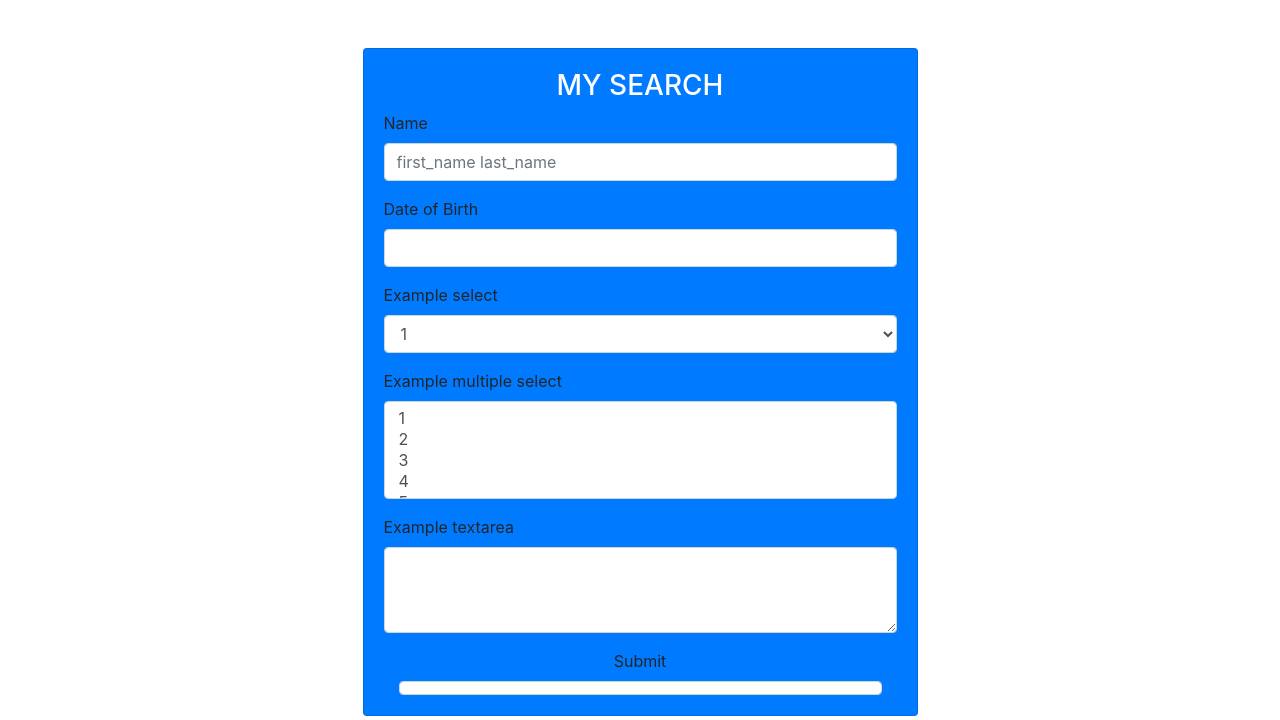
Repository: modinilesh/SpringMVC
Page: http://localhost/springmvcsearch/complex
The author's editor kept a copy of each file at every save. The page is drawn from the files as they stood at one save, then again after the next save.
The browser window is 1280 px wide. The pictures show the whole page.
Some web libraries are served in a nearby version. The page is served by Tomcat 9.

Above is the page before, as saved 2023-10-20 14:40:02.

After the next save:
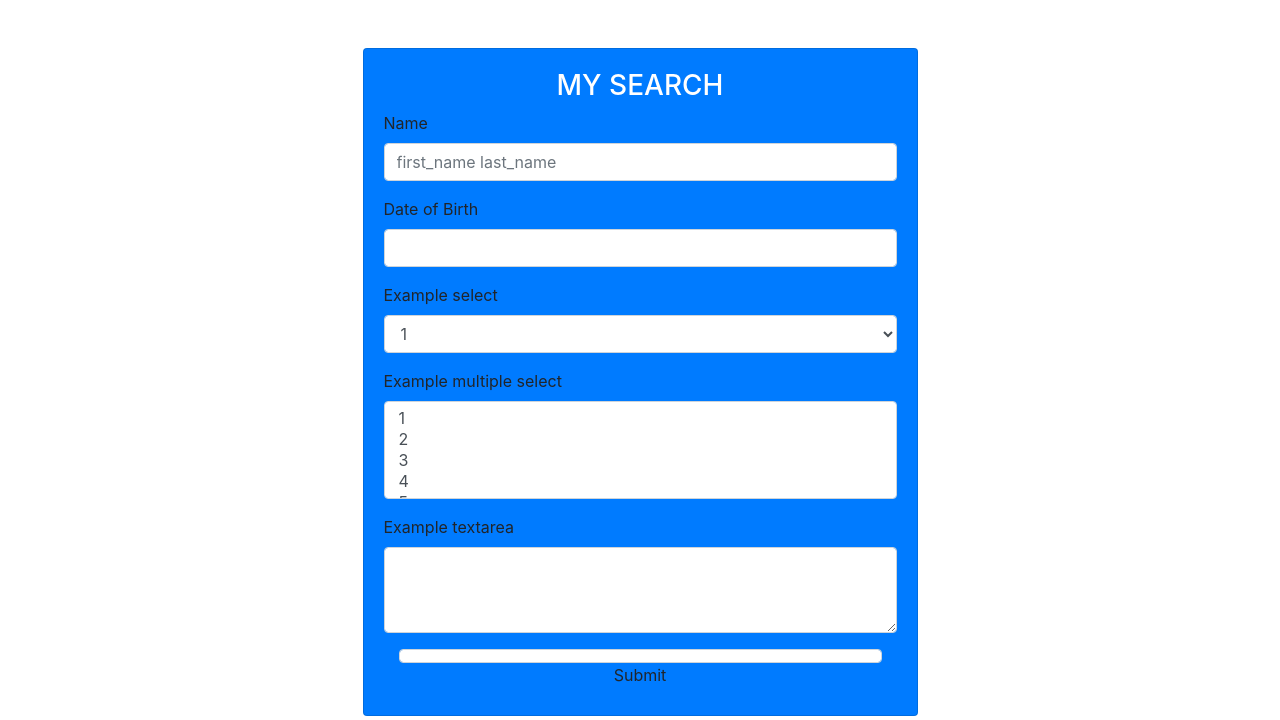
Saved 44 s later.
--- a/springmvcsearch/src/main/webapp/WEB-INF/views/complex_form.jsp
+++ b/springmvcsearch/src/main/webapp/WEB-INF/views/complex_form.jsp
@@ -27,8 +27,7 @@
 
 				<form action="/success" method="post">
 					<div class="form-group">
-						<label for="exampleFormControlInput1">Name</label>
-						<input
+						<label for="exampleFormControlInput1">Name</label> <input
 							type="text" class="form-control" id="exampleFormControlInput1"
 							placeholder="first_name last_name" name="name">
 					</div>
@@ -67,9 +66,9 @@
 					</div>
 
 					<div class="container text-center">
-						<label for="btn" >Submit</label>
-						<button type="submit"
-							name="submit" class="form-control" id="submit" ></button>
+						<button type="submit" name="submit" class="form-control"
+							id="submit"></button>
+						<label for="btn">Submit</label>
 					</div>
 
 				</form>
